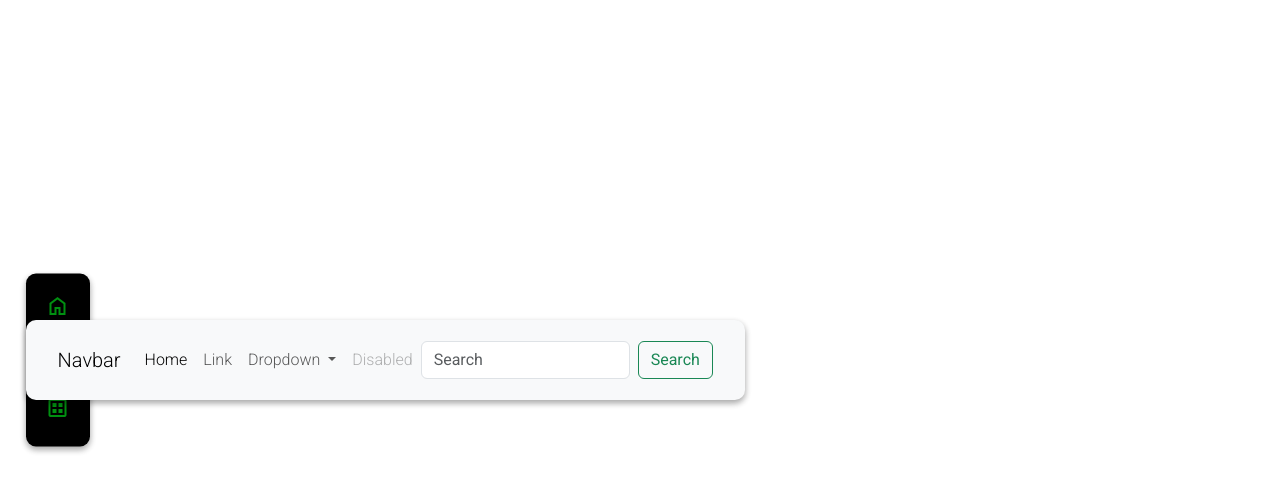
Repository: tuankiet10920/homeworkFEF
Page: /about
An editor plug-in stored every save of this project. The page is shown before and after the next save, followed by the edit.
The browser window is 1280 px wide. The pictures show the whole page.
The project was rebuilt for these pictures with package versions that can differ from the ones it lists, and the page was loaded fresh each time. Also part of the build but not shown: vite.config.js, src/views/HomeView.vue. Imported but missing from the stored project, and not drawn on this page: src/assets/audio/intro.mp3.

Above is the page before, as saved 2024-11-10 17:40:21.

### index.html
<!doctype html>
<html lang="en">
  <head>
    <meta charset="UTF-8" />
    <link rel="icon" href="/favicon.ico" />
    <meta name="viewport" content="width=device-width, initial-scale=1.0" />
    <link
      href="https://cdn.jsdelivr.net/npm/bootstrap@5.3.3/dist/css/bootstrap.min.css"
      rel="stylesheet"
      integrity="sha384-QWTKZyjpPEjISv5WaRU9OFeRpok6YctnYmDr5pNlyT2bRjXh0JMhjY6hW+ALEwIH"
      crossorigin="anonymous"
    />
    <link
      rel="stylesheet"
      href="https://fonts.googleapis.com/css2?family=Material+Symbols+Outlined:opsz,wght,FILL,GRAD@20..48,100..700,0..1,-50..200"
    />
    <link rel="preconnect" href="https://fonts.googleapis.com" />
    <link rel="preconnect" href="https://fonts.gstatic.com" crossorigin />
    <link
      href="https://fonts.googleapis.com/css2?family=Roboto:ital,wght@0,100;0,300;0,400;0,500;0,700;0,900;1,100;1,300;1,400;1,500;1,700;1,900&display=swap"
      rel="stylesheet"
    />
    <title>Vite App</title>
    <link rel="stylesheet" href="./src/assets/css/main.css" />
  </head>
  <body>
    <div id="app"></div>
    <script
      src="https://cdn.jsdelivr.net/npm/bootstrap@5.3.3/dist/js/bootstrap.bundle.min.js"
      integrity="sha384-YvpcrYf0tY3lHB60NNkmXc5s9fDVZLESaAA55NDzOxhy9GkcIdslK1eN7N6jIeHz"
      crossorigin="anonymous"
    ></script>
    <script type="module" src="/src/main.js"></script>
  </body>
</html>

### src/assets/css/main.css
* {
  margin: 0;
  padding: 0;
  box-sizing: border-box;
  text-decoration: none;
  color: #000;
  font-size: 16px;
  font-family: 'Roboto', sans-serif;
  font-weight: 300;
  font-style: normal;
}

### src/App.vue
<script setup>
import { RouterLink, RouterView } from 'vue-router'
import GetSrcImage from './assets/help/getSrcImage.js'
import Icon from './components/Icon.vue'
</script>

<template>
  <header>
    <div class="wrapper">
      <nav>
        <RouterLink to="/">
          <Icon iconName="home" />
        </RouterLink>

        <RouterLink to="/about">
          <Icon iconName="settings_accessibility" />
        </RouterLink>

        <RouterLink to="/labs">
          <Icon iconName="dataset" />
        </RouterLink>
      </nav>
    </div>
  </header>
  <RouterView />
</template>

<style scoped>
.wrapper nav a {
  margin-bottom: 20px;
  width: fit-content;
  text-decoration: none;
}
.wrapper nav a span {
  color: #009011;
}
.wrapper nav a:last-child {
  margin-bottom: 0;
}
nav {
  display: flex;
  flex-direction: column;
  justify-content: center;
  position: absolute;
  top: 50%;
  left: 2%;
  transform: translateY(-50%);
  padding: 20px;
  border-radius: 10px;
  background: #000;
  box-shadow:
    rgba(0, 0, 0, 0.16) 0px 3px 6px,
    rgba(0, 0, 0, 0.23) 0px 3px 6px;
}
</style>

### src/router/index.js
import { createRouter, createWebHistory } from 'vue-router'
import HomeView from '../views/HomeView.vue'

const router = createRouter({
  history: createWebHistory(import.meta.env.BASE_URL),
  routes: [
    {
      path: '/',
      name: 'home',
      component: HomeView,
    },
    {
      path: '/about',
      name: 'about',
      // route level code-splitting
      // this generates a separate chunk (About.[hash].js) for this route
      // which is lazy-loaded when the route is visited.
      component: () => import('../views/AboutView.vue'),
    },
    {
      path: '/labs',
      name: 'labs',
      component: () => import('../views/LabView.vue'),
    }
  ],
})

export default router

### src/assets/help/getSrcImage.js
const getSrcImage = (image) => {
    let __path = 'http://localhost:5173/src/assets/img/'
    return __path + image
}
export default getSrcImage

### src/components/Icon.vue
<script setup>
const props = defineProps(['iconName'])
</script>
<template>
  <span class="material-symbols-outlined"> {{ props.iconName }} </span>
</template>
<style scoped></style>

### src/views/AboutView.vue
<script setup>
import Bai5 from '../Labs/Lab3/Bai5.vue'
</script>
<template>
  <Bai5 />
</template>

<style></style>

### src/Labs/Lab3/Bai5.vue
<script setup></script>
<template>
  <nav class="navbar navbar-expand-lg bg-body-tertiary">
    <div class="container-fluid">
      <a class="navbar-brand" href="#">Navbar</a>
      <button
        class="navbar-toggler"
        type="button"
        data-bs-toggle="collapse"
        data-bs-target="#navbarSupportedContent"
        aria-controls="navbarSupportedContent"
        aria-expanded="false"
        aria-label="Toggle navigation"
      >
        <span class="navbar-toggler-icon"></span>
      </button>
      <div class="collapse navbar-collapse" id="navbarSupportedContent">
        <ul class="navbar-nav me-auto mb-2 mb-lg-0">
          <li class="nav-item">
            <a class="nav-link active" aria-current="page" href="#">Home</a>
          </li>
          <li class="nav-item">
            <a class="nav-link" href="#">Link</a>
          </li>
          <li class="nav-item dropdown">
            <a
              class="nav-link dropdown-toggle"
              href="#"
              role="button"
              data-bs-toggle="dropdown"
              aria-expanded="false"
            >
              Dropdown
            </a>
            <ul class="dropdown-menu">
              <li><a class="dropdown-item" href="#">Action</a></li>
              <li><a class="dropdown-item" href="#">Another action</a></li>
              <li><hr class="dropdown-divider" /></li>
              <li><a class="dropdown-item" href="#">Something else here</a></li>
            </ul>
          </li>
          <li class="nav-item">
            <a class="nav-link disabled" aria-disabled="true">Disabled</a>
          </li>
        </ul>
        <form class="d-flex" role="search">
          <input
            class="form-control me-2"
            type="search"
            placeholder="Search"
            aria-label="Search"
          />
          <button class="btn btn-outline-success" type="submit">Search</button>
        </form>
      </div>
    </div>
  </nav>
</template>
<style scoped></style>

Loaded but not shown: src/main.js (common file)

After the next save:
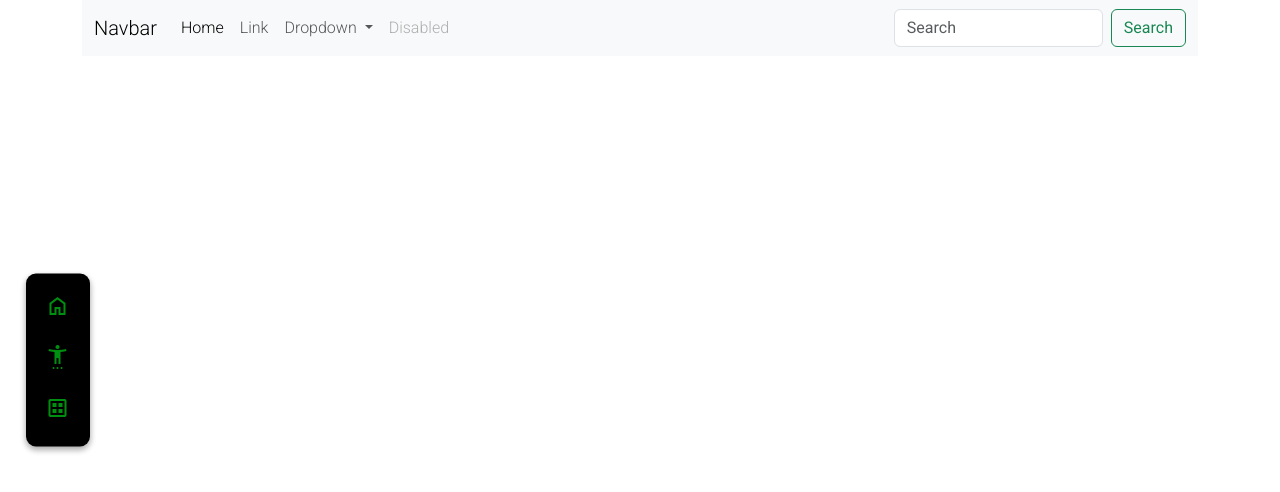
Saved 37 s later.
--- a/src/Labs/Lab3/Bai5.vue
+++ b/src/Labs/Lab3/Bai5.vue
@@ -1,59 +1,65 @@
 <script setup></script>
 <template>
-  <nav class="navbar navbar-expand-lg bg-body-tertiary">
-    <div class="container-fluid">
-      <a class="navbar-brand" href="#">Navbar</a>
-      <button
-        class="navbar-toggler"
-        type="button"
-        data-bs-toggle="collapse"
-        data-bs-target="#navbarSupportedContent"
-        aria-controls="navbarSupportedContent"
-        aria-expanded="false"
-        aria-label="Toggle navigation"
-      >
-        <span class="navbar-toggler-icon"></span>
-      </button>
-      <div class="collapse navbar-collapse" id="navbarSupportedContent">
-        <ul class="navbar-nav me-auto mb-2 mb-lg-0">
-          <li class="nav-item">
-            <a class="nav-link active" aria-current="page" href="#">Home</a>
-          </li>
-          <li class="nav-item">
-            <a class="nav-link" href="#">Link</a>
-          </li>
-          <li class="nav-item dropdown">
-            <a
-              class="nav-link dropdown-toggle"
-              href="#"
-              role="button"
-              data-bs-toggle="dropdown"
-              aria-expanded="false"
-            >
-              Dropdown
-            </a>
-            <ul class="dropdown-menu">
-              <li><a class="dropdown-item" href="#">Action</a></li>
-              <li><a class="dropdown-item" href="#">Another action</a></li>
-              <li><hr class="dropdown-divider" /></li>
-              <li><a class="dropdown-item" href="#">Something else here</a></li>
-            </ul>
-          </li>
-          <li class="nav-item">
-            <a class="nav-link disabled" aria-disabled="true">Disabled</a>
-          </li>
-        </ul>
-        <form class="d-flex" role="search">
-          <input
-            class="form-control me-2"
-            type="search"
-            placeholder="Search"
-            aria-label="Search"
-          />
-          <button class="btn btn-outline-success" type="submit">Search</button>
-        </form>
+  <div class="container">
+    <nav class="navbar navbar-expand-lg bg-body-tertiary">
+      <div class="container-fluid">
+        <a class="navbar-brand" href="#">Navbar</a>
+        <button
+          class="navbar-toggler"
+          type="button"
+          data-bs-toggle="collapse"
+          data-bs-target="#navbarSupportedContent"
+          aria-controls="navbarSupportedContent"
+          aria-expanded="false"
+          aria-label="Toggle navigation"
+        >
+          <span class="navbar-toggler-icon"></span>
+        </button>
+        <div class="collapse navbar-collapse" id="navbarSupportedContent">
+          <ul class="navbar-nav me-auto mb-2 mb-lg-0">
+            <li class="nav-item">
+              <a class="nav-link active" aria-current="page" href="#">Home</a>
+            </li>
+            <li class="nav-item">
+              <a class="nav-link" href="#">Link</a>
+            </li>
+            <li class="nav-item dropdown">
+              <a
+                class="nav-link dropdown-toggle"
+                href="#"
+                role="button"
+                data-bs-toggle="dropdown"
+                aria-expanded="false"
+              >
+                Dropdown
+              </a>
+              <ul class="dropdown-menu">
+                <li><a class="dropdown-item" href="#">Action</a></li>
+                <li><a class="dropdown-item" href="#">Another action</a></li>
+                <li><hr class="dropdown-divider" /></li>
+                <li>
+                  <a class="dropdown-item" href="#">Something else here</a>
+                </li>
+              </ul>
+            </li>
+            <li class="nav-item">
+              <a class="nav-link disabled" aria-disabled="true">Disabled</a>
+            </li>
+          </ul>
+          <form class="d-flex" role="search">
+            <input
+              class="form-control me-2"
+              type="search"
+              placeholder="Search"
+              aria-label="Search"
+            />
+            <button class="btn btn-outline-success" type="submit">
+              Search
+            </button>
+          </form>
+        </div>
       </div>
-    </div>
-  </nav>
+    </nav>
+  </div>
 </template>
 <style scoped></style>
